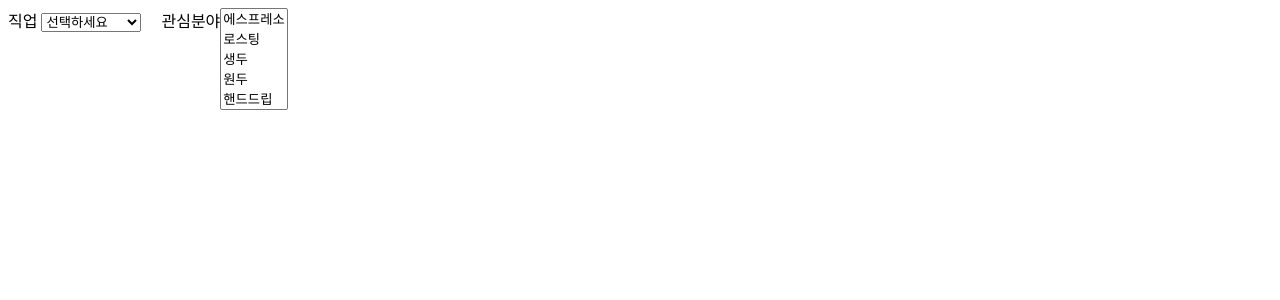
Repository: danial1021/web_workspace
Page: http://localhost/web-study-02/10_select.jsp
An editor plug-in stored every save of this project. The page is shown before and after the next save, followed by the edit.
The browser window is 1280 px wide. The pictures show the whole page.
The page is served by Tomcat 9. Other server files are loaded and not shown.

Above is the page before, as saved 2020-12-15 07:17:59.

### web-study-02/WebContent/10_select.jsp
<%@ page language="java" contentType="text/html; charset=UTF-8"
	pageEncoding="UTF-8"%>
<!DOCTYPE html>
<html>
<head>
<meta charset="UTF-8">
<title>서블릿</title>
</head>
<body>
	<form method="get" action="SelectServlet">
		<span style="float: left; margin-right: 20px"> <label for="job">직업</label>
			<select id="job" name="job" size="1">
				<option value="">선택하세요</option>
				<option value="학생">학생</option>
				<option value="컴퓨터/인터넷">컴퓨터/인터넷</option>
				<option value="언론">언론</option>
				<option value="공무원">공무원</option>
				<option value="군인">군인</option>
				<option value="서비스업">서비스업</option>
				<option value="교육">교육</option>
			</select>
		</span>

		<label for="interest" style="float: left;">관심분야</label>
		<select id="interest" name="interest" size="5" multiple="multiple">
			<option value="에스프레소">에스프레소</option>
			<option value="로스팅">로스팅</option>
			<option value="생두">생두</option>
			<option value="원두">원두</option>
			<option value="핸드드립">핸드드립</option>
		</select>
	</form>
</body>
</html>

After the next save:
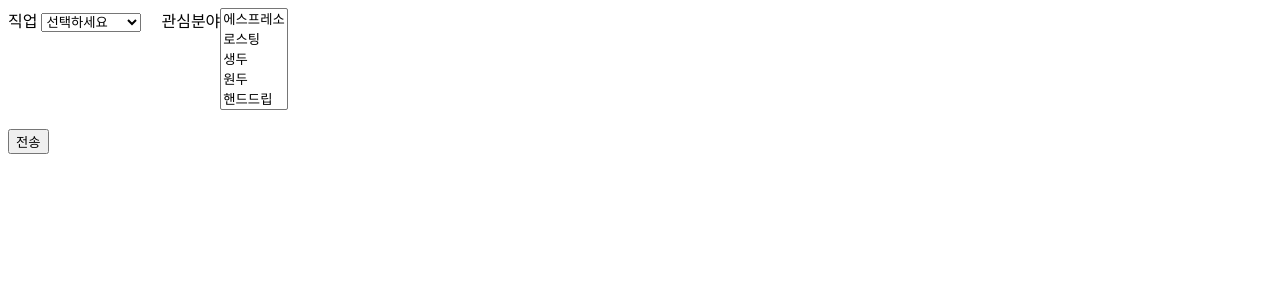
Saved 49 s later.
--- a/web-study-02/WebContent/10_select.jsp
+++ b/web-study-02/WebContent/10_select.jsp
@@ -29,6 +29,8 @@
 			<option value="원두">원두</option>
 			<option value="핸드드립">핸드드립</option>
 		</select>
+		<br><br>
+		<input type="submit" value="전송" style="float: left; right; margin-right: 50pxl;">
 	</form>
 </body>
 </html>
